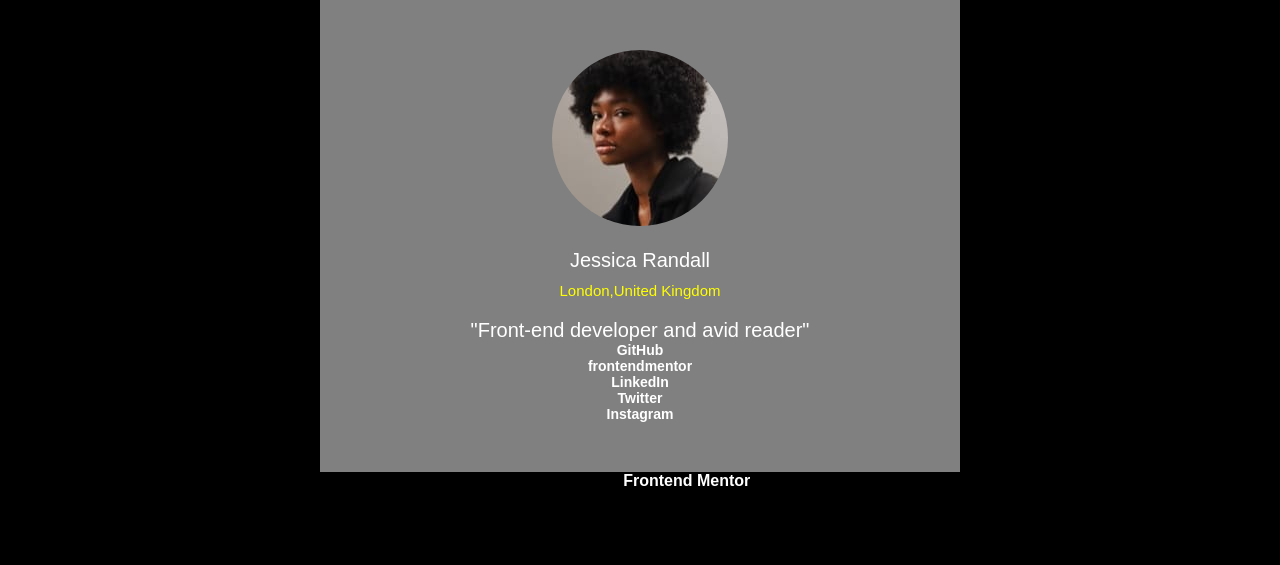
Repository: JosephAbatan05/Social-links-profile
Page: social-links-profile-main/index.html
These files come from the project's save history. The page is drawn as it stood at one moment and after the next save; the edit follows.
The browser window is 1280 px wide. The pictures show the whole page.

Above is the page before, as saved 2025-01-25 13:04:27.

After the next save:
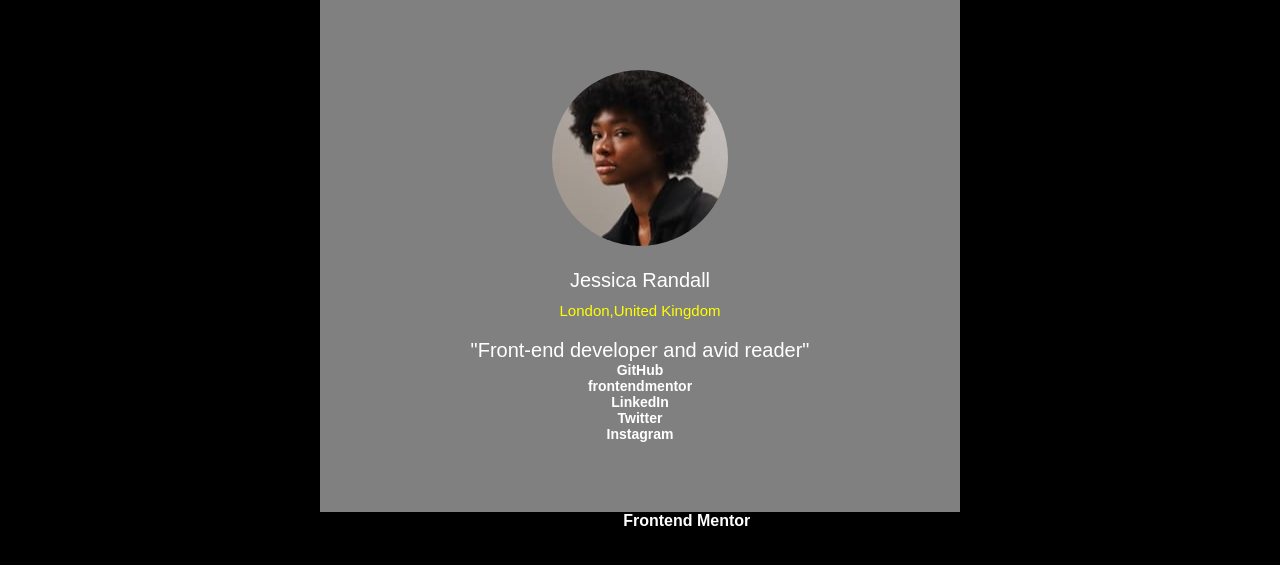
Saved 8 s later.
--- a/social-links-profile-main/styles.css
+++ b/social-links-profile-main/styles.css
@@ -11,7 +11,7 @@
     font-size:14px;
     background-color: grey;
     max-width: 50%;
-    padding: 50px 0;
+    padding: 70px 0;
 }
 img{
     border-radius:50%;

After the save that followed:
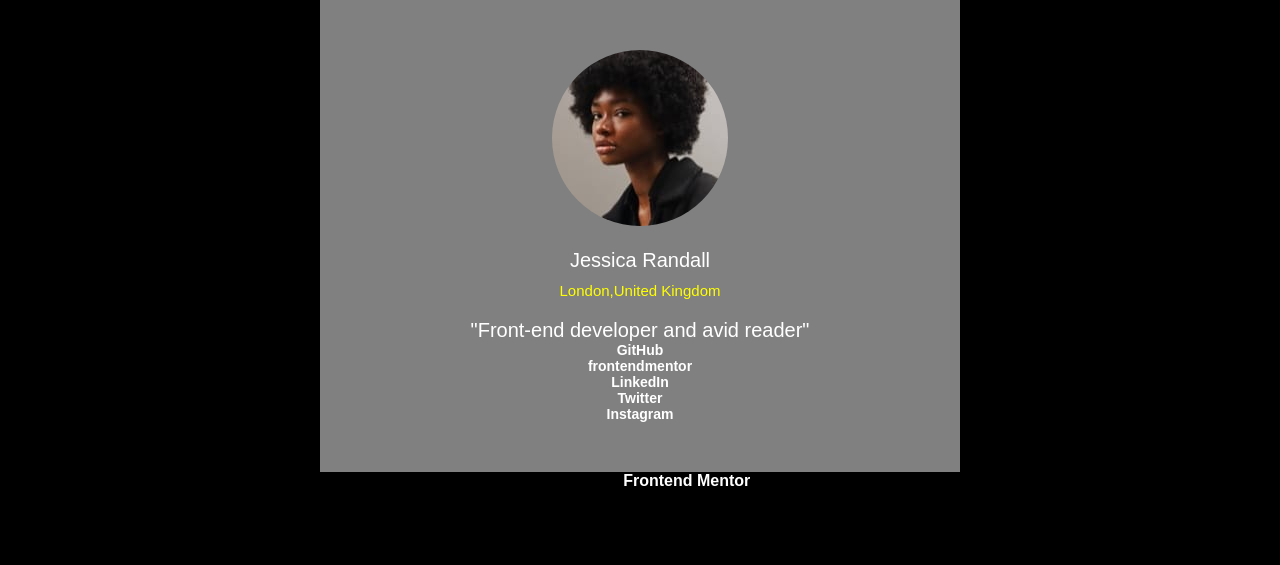
Saved 6 s later.
--- a/social-links-profile-main/styles.css
+++ b/social-links-profile-main/styles.css
@@ -11,7 +11,7 @@
     font-size:14px;
     background-color: grey;
     max-width: 50%;
-    padding: 70px 0;
+    padding: 50px 0;
 }
 img{
     border-radius:50%;
